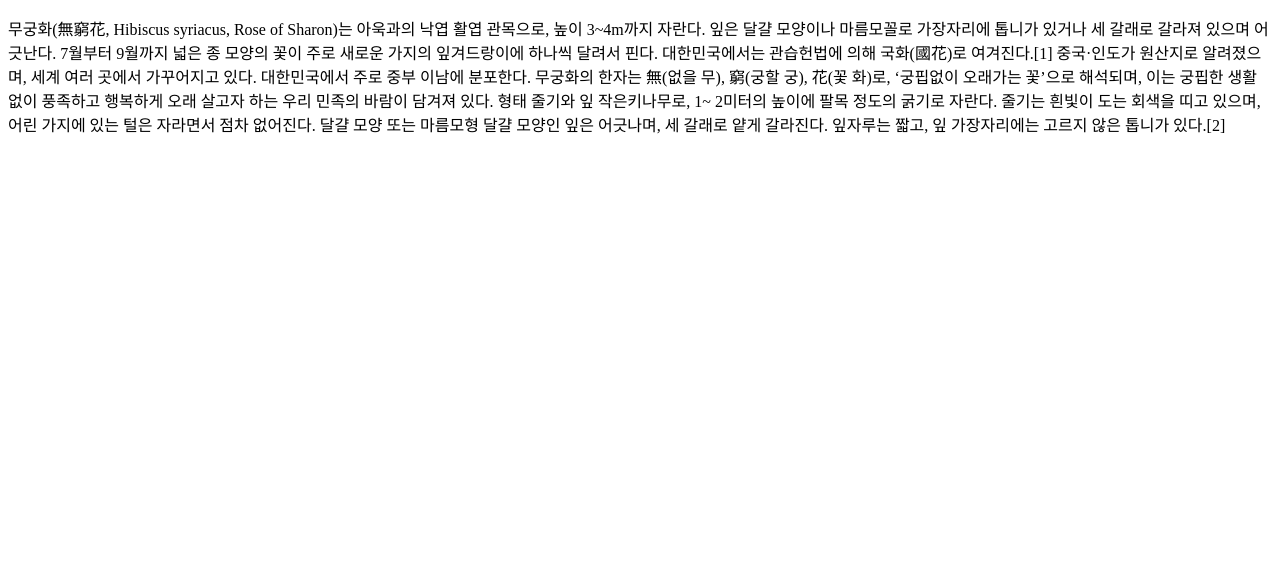
Repository: sH1222J/SH_DDit_WEB_study
Page: workspace/webpro/src/main/webapp/0304/heading제목테스트.html
An editor plug-in stored every save of this project. The page is shown before and after the next save, followed by the edit.
The browser window is 1280 px wide. The pictures show the whole page.

Above is the page before, as saved 2025-03-04 02:49:27.

### workspace/webpro/src/main/webapp/0304/heading제목테스트.html
<!DOCTYPE html>
<html>
<head>
<meta charset="UTF-8">
<title>Insert title here</title>
</head>
<body>
<p>
무궁화(無窮花, Hibiscus syriacus, Rose of Sharon)는 아욱과의 낙엽 활엽 관목으로, 높이 3~4m까지 자란다. 잎은 달걀 모양이나 마름모꼴로 가장자리에 톱니가 있거나 세 갈래로 갈라져 있으며 어긋난다. 7월부터 9월까지 넓은 종 모양의 꽃이 주로 새로운 가지의 잎겨드랑이에 하나씩 달려서 핀다. 대한민국에서는 관습헌법에 의해 국화(國花)로 여겨진다.[1] 중국·인도가 원산지로 알려졌으며, 세계 여러 곳에서 가꾸어지고 있다. 대한민국에서 주로 중부 이남에 분포한다.

무궁화의 한자는 無(없을 무), 窮(궁할 궁), 花(꽃 화)로, ‘궁핍없이 오래가는 꽃’으로 해석되며, 이는 궁핍한 생활 없이 풍족하고 행복하게 오래 살고자 하는 우리 민족의 바람이 담겨져 있다.

형태
줄기와 잎
작은키나무로, 1~ 2미터의 높이에 팔목 정도의 굵기로 자란다. 줄기는 흰빛이 도는 회색을 띠고 있으며, 어린 가지에 있는 털은 자라면서 점차 없어진다. 달걀 모양 또는 마름모형 달걀 모양인 잎은 어긋나며, 세 갈래로 얕게 갈라진다. 잎자루는 짧고, 잎 가장자리에는 고르지 않은 톱니가 있다.[2]



</body>
</html>

After the next save:
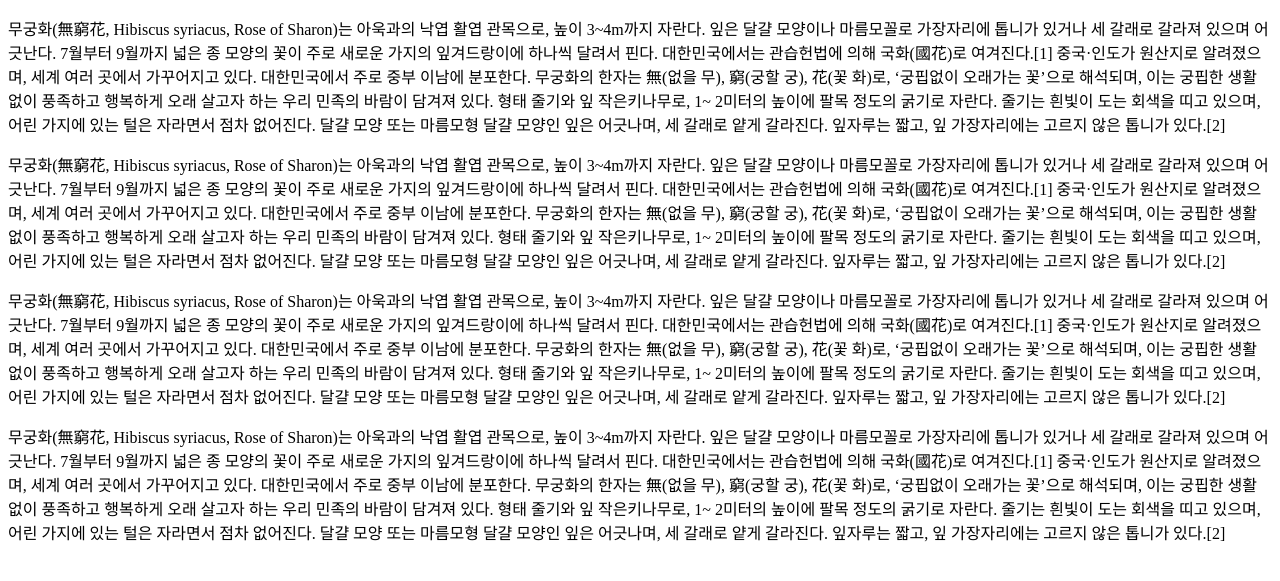
Saved 35 s later.
--- a/workspace/webpro/src/main/webapp/0304/heading제목테스트.html
+++ b/workspace/webpro/src/main/webapp/0304/heading제목테스트.html
@@ -15,6 +15,42 @@
 작은키나무로, 1~ 2미터의 높이에 팔목 정도의 굵기로 자란다. 줄기는 흰빛이 도는 회색을 띠고 있으며, 어린 가지에 있는 털은 자라면서 점차 없어진다. 달걀 모양 또는 마름모형 달걀 모양인 잎은 어긋나며, 세 갈래로 얕게 갈라진다. 잎자루는 짧고, 잎 가장자리에는 고르지 않은 톱니가 있다.[2]
 
 
+</p>
 
+<p>
+무궁화(無窮花, Hibiscus syriacus, Rose of Sharon)는 아욱과의 낙엽 활엽 관목으로, 높이 3~4m까지 자란다. 잎은 달걀 모양이나 마름모꼴로 가장자리에 톱니가 있거나 세 갈래로 갈라져 있으며 어긋난다. 7월부터 9월까지 넓은 종 모양의 꽃이 주로 새로운 가지의 잎겨드랑이에 하나씩 달려서 핀다. 대한민국에서는 관습헌법에 의해 국화(國花)로 여겨진다.[1] 중국·인도가 원산지로 알려졌으며, 세계 여러 곳에서 가꾸어지고 있다. 대한민국에서 주로 중부 이남에 분포한다.
+
+무궁화의 한자는 無(없을 무), 窮(궁할 궁), 花(꽃 화)로, ‘궁핍없이 오래가는 꽃’으로 해석되며, 이는 궁핍한 생활 없이 풍족하고 행복하게 오래 살고자 하는 우리 민족의 바람이 담겨져 있다.
+
+형태
+줄기와 잎
+작은키나무로, 1~ 2미터의 높이에 팔목 정도의 굵기로 자란다. 줄기는 흰빛이 도는 회색을 띠고 있으며, 어린 가지에 있는 털은 자라면서 점차 없어진다. 달걀 모양 또는 마름모형 달걀 모양인 잎은 어긋나며, 세 갈래로 얕게 갈라진다. 잎자루는 짧고, 잎 가장자리에는 고르지 않은 톱니가 있다.[2]
+
+
+</p>
+
+<p>
+무궁화(無窮花, Hibiscus syriacus, Rose of Sharon)는 아욱과의 낙엽 활엽 관목으로, 높이 3~4m까지 자란다. 잎은 달걀 모양이나 마름모꼴로 가장자리에 톱니가 있거나 세 갈래로 갈라져 있으며 어긋난다. 7월부터 9월까지 넓은 종 모양의 꽃이 주로 새로운 가지의 잎겨드랑이에 하나씩 달려서 핀다. 대한민국에서는 관습헌법에 의해 국화(國花)로 여겨진다.[1] 중국·인도가 원산지로 알려졌으며, 세계 여러 곳에서 가꾸어지고 있다. 대한민국에서 주로 중부 이남에 분포한다.
+
+무궁화의 한자는 無(없을 무), 窮(궁할 궁), 花(꽃 화)로, ‘궁핍없이 오래가는 꽃’으로 해석되며, 이는 궁핍한 생활 없이 풍족하고 행복하게 오래 살고자 하는 우리 민족의 바람이 담겨져 있다.
+
+형태
+줄기와 잎
+작은키나무로, 1~ 2미터의 높이에 팔목 정도의 굵기로 자란다. 줄기는 흰빛이 도는 회색을 띠고 있으며, 어린 가지에 있는 털은 자라면서 점차 없어진다. 달걀 모양 또는 마름모형 달걀 모양인 잎은 어긋나며, 세 갈래로 얕게 갈라진다. 잎자루는 짧고, 잎 가장자리에는 고르지 않은 톱니가 있다.[2]
+
+
+</p>
+
+<p>
+무궁화(無窮花, Hibiscus syriacus, Rose of Sharon)는 아욱과의 낙엽 활엽 관목으로, 높이 3~4m까지 자란다. 잎은 달걀 모양이나 마름모꼴로 가장자리에 톱니가 있거나 세 갈래로 갈라져 있으며 어긋난다. 7월부터 9월까지 넓은 종 모양의 꽃이 주로 새로운 가지의 잎겨드랑이에 하나씩 달려서 핀다. 대한민국에서는 관습헌법에 의해 국화(國花)로 여겨진다.[1] 중국·인도가 원산지로 알려졌으며, 세계 여러 곳에서 가꾸어지고 있다. 대한민국에서 주로 중부 이남에 분포한다.
+
+무궁화의 한자는 無(없을 무), 窮(궁할 궁), 花(꽃 화)로, ‘궁핍없이 오래가는 꽃’으로 해석되며, 이는 궁핍한 생활 없이 풍족하고 행복하게 오래 살고자 하는 우리 민족의 바람이 담겨져 있다.
+
+형태
+줄기와 잎
+작은키나무로, 1~ 2미터의 높이에 팔목 정도의 굵기로 자란다. 줄기는 흰빛이 도는 회색을 띠고 있으며, 어린 가지에 있는 털은 자라면서 점차 없어진다. 달걀 모양 또는 마름모형 달걀 모양인 잎은 어긋나며, 세 갈래로 얕게 갈라진다. 잎자루는 짧고, 잎 가장자리에는 고르지 않은 톱니가 있다.[2]
+
+
+</p>
 </body>
 </html>
